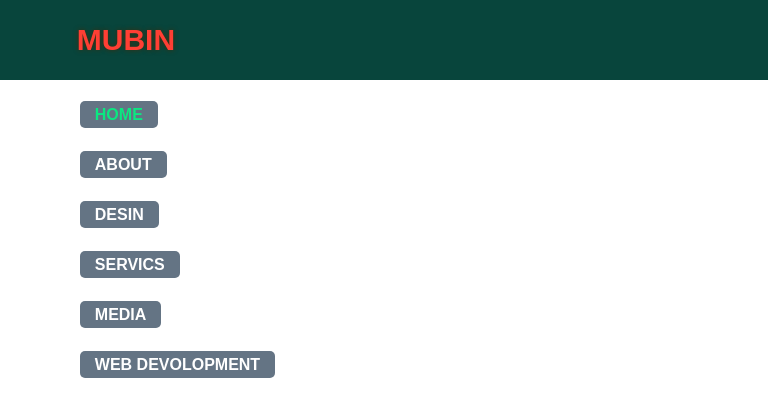
Repository: mdaj6804gmail/1-page-web-theme
Page: index.html
An editor plug-in stored every save of this project. The page is shown before and after a run of saves, followed by the edit.
The browser window is 768 px wide. The pictures show the whole page.

Above is the page before, as saved 2022-12-18 13:06:14.

After the next 2 saves:
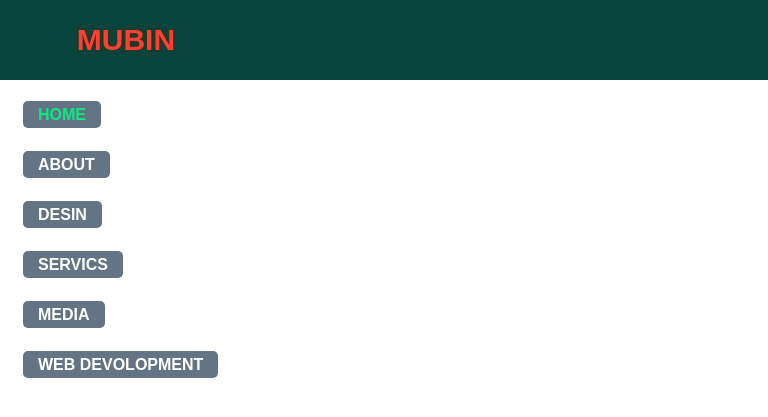
The 2 saves are shown as one change because they came seconds apart.
The last was saved 7 s later.
--- a/style.css
+++ b/style.css
@@ -61,7 +61,7 @@
   nav ul{
   position: fixed;
   top: 90px;
-  left: ;
+  left: 20px;
 
   }
 
